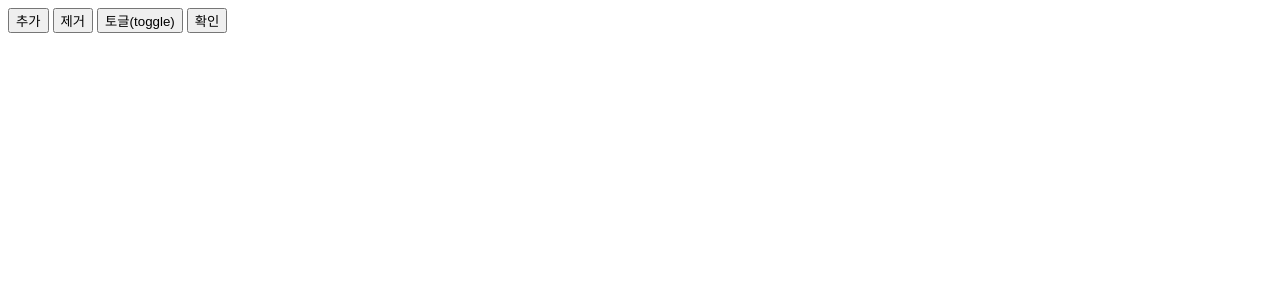
Repository: SeungjaeYu/webstudy
Page: webstudy/14_javascript/ch07_style/test04.html
An editor plug-in stored every save of this project. The page is shown before and after the next save, followed by the edit.
The browser window is 1280 px wide. The pictures show the whole page.

Above is the page before, as saved 2019-10-01 11:34:02.

After the next save:
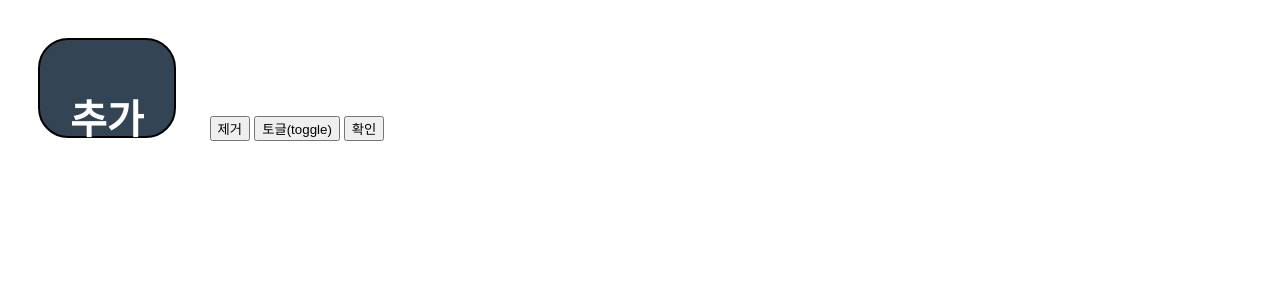
Saved 24 s later.
--- a/webstudy/14_javascript/ch07_style/test04.html
+++ b/webstudy/14_javascript/ch07_style/test04.html
@@ -28,7 +28,7 @@
 </head>
 <body>
     <div>
-        <button onclick="addClass()">추가</button>
+        <button class="a b" onclick="addClass()">추가</button>
         <button onclick="removeClass()">제거</button>
         <button onclick="toggleClass()">토글(toggle)</button>
         <button onclick="hasClass()">확인</button>
